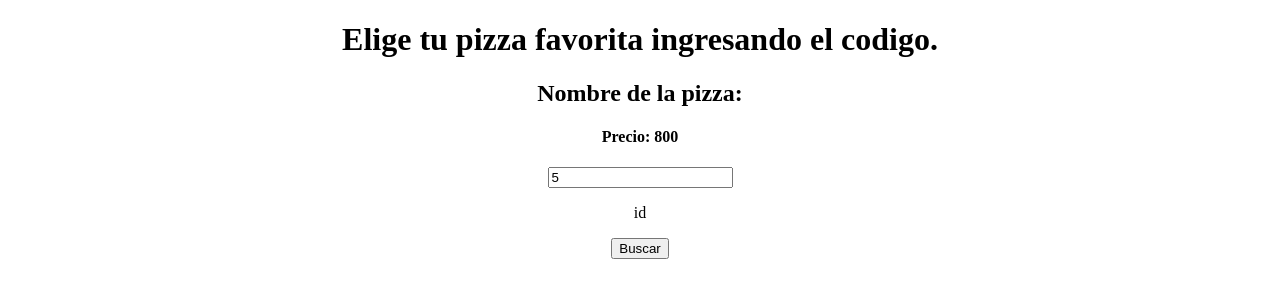
Repository: lucas-itup/E1-JAVASCRIPT
Page: index.html
These files come from the project's save history. The page is drawn as it stood at one moment and after the next save; the edit follows.
The browser window is 1280 px wide. The pictures show the whole page.
Empty fields were first filled with sample values (such as "Sample", 5 or name@example.com).
After loading, the first visible `button` was clicked once.

Above is the page before, as saved 2022-09-11 21:31:03.

After the next save:
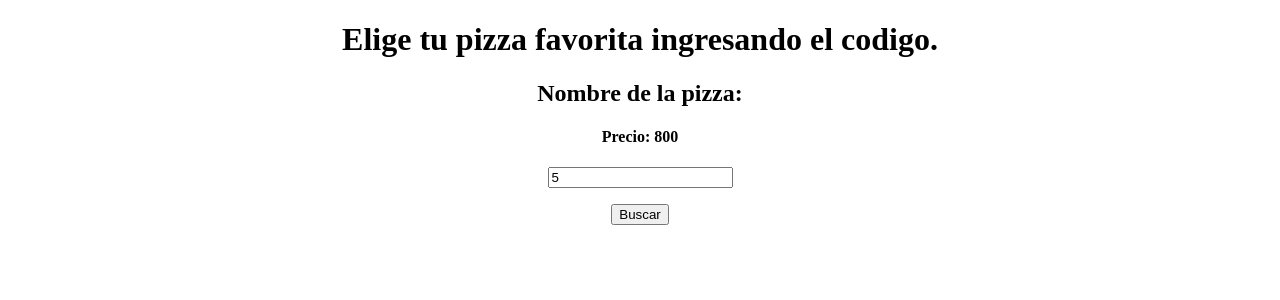
Console error: ReferenceError: validarInputBlanco is not defined
Saved 105 s later.
--- a/assets/index.js
+++ b/assets/index.js
@@ -56,24 +56,15 @@
     var inputVacio = document.getElementById('input-vacio')
     inputVacio.textContent = "";
 
-    validarInputBlanco(valueid, inputVacio)
+    if (valueid == "") return inputVacio.textContent = "Debes ingresar un valor numerico"
 
     var found = pizzas.find(function(post, index) {
         inputVacio.textContent = ""
         if (post.id == valueid)
             precioPizza.textContent = post.precio;
-        return;
+
 
     });
-    console.log(found)
     console.log(validarInputBlanco(valueid, inputVacio))
-    if (found == undefined) {
-        validarInputBlanco(valueid, inputVacio, found)
-    }
-}
-
-const validarInputBlanco = (valueid, inputVacio, found) => {
-    if (valueid == "") return inputVacio.textContent = "Debes ingresar un valor numerico"
-
     if (found == undefined) return inputVacio.textContent = "id"
 }

After the save that followed:
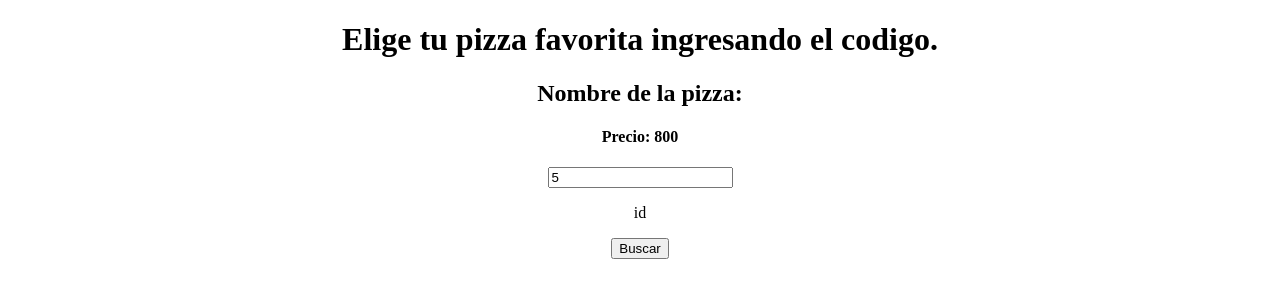
The error is gone.
Saved 28 s later.
--- a/assets/index.js
+++ b/assets/index.js
@@ -65,6 +65,6 @@
 
 
     });
-    console.log(validarInputBlanco(valueid, inputVacio))
+
     if (found == undefined) return inputVacio.textContent = "id"
 }
